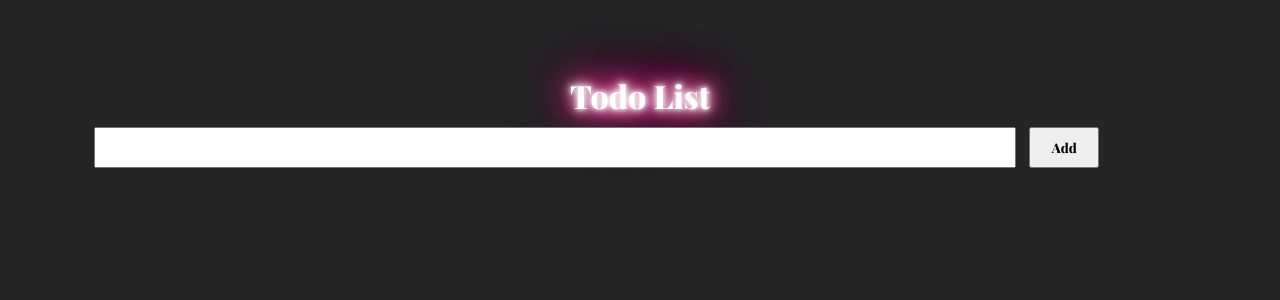
Repository: TENSAEA/----todo
Page: index.html
An editor plug-in stored every save of this project. The page is shown before and after the next save, followed by the edit.
The browser window is 1280 px wide. The pictures show the whole page.
Some web fonts or font styles are not loaded; a fallback is used.

Above is the page before, as saved 2023-10-12 22:10:07.

### index.html
<!DOCTYPE html>
<html lang="en">
  <head>
    <meta charset="UTF-8" />
    <meta name="viewport" content="width=device-width, initial-scale=1.0" />
    <title>TodoList</title>
    <link rel="stylesheet" href="style.css" />
  </head>
  <body>
    <div id="particle">
      <div class="container">
        <h1>Todo List</h1>
        <div class="header">
          <form class="form">
            <input type="text" id="add" />
            <label for="add"><button id="addBtn">Add</button></label>
          </form>
        </div>
        <div class="list-div">
          <!-- <div class="list-hide">
          <ul class="list">
            <li>
              <input class="list-text" type="text" id="edit" readonly />
              <label for="edit">
                <button class="edit">Edit</button
                ><button class="delete">Delete</button>
              </label>
            </li>
          </ul>
        </div> -->
        </div>
      </div>
    </div>
    <script src="particles.js"></script>
    <script src="https://cdn.jsdelivr.net/npm/particles.js@2.0.0/particles.min.js"></script>
    <script src="script.js"></script>
  </body>
</html>

### style.css
@import url('https://fonts.googleapis.com/css2?family=Bungee+Spice&family=Playfair+Display:wght@800&display=swap');

*{
   box-sizing:border-box;
   margin:0;
   padding:0;
   font-family: 'Bungee Spice', sans-serif;
font-family: 'Playfair Display', serif;}
body{
    background-color: #252525;
}

#particle{
    width: 100%;
    height: 100%;
    background-size: cover;

}

.container{
    display: flex;
    flex-direction: column;
    padding: 5%;
}

.container h1{
    padding:10px;
    text-align:center;
    color: #FFFFFF;
text-shadow: #FFF 0px 0px 5px, #FFF 0px 0px 10px, #FFF 0px 0px 15px, #FF2D95 0px 0px 20px, #FF2D95 0px 0px 30px, #FF2D95 0px 0px 40px, #FF2D95 0px 0px 50px, #FF2D95 0px 0px 75px;
color: #FFFFFF;


}

.header{
    padding-bottom: 20px;
}

#add{
    padding: 10px;
    width:80%;
    margin-left:30px;
}
.form label button{
    padding:10px;
    width:70px;
    margin-left:10px;
    cursor: pointer;
}

.list{
    padding-bottom: 20px;
}

.list li{
    list-style-type: none;
}

.list-div .list li .list-text{
    padding: 10px;
    width:60%;
    margin-left:60px;
}
.edit,.delete{
    padding:10px;
    width:70px;
    margin-left:10px;
    cursor: pointer;
}

@media (max-width:636px){
    .form label button{
        padding:10px;
        width:70px;
        margin:3% 40%;
        cursor: pointer;
    }
    .edit,.delete{
        padding:10px;
        width:70px;
        margin:2% 38%;
        cursor: pointer;
    }
    }

### particles.js
window.addEventListener("load", () => {
  var config = {
    particles: {
      number: {
        value: 150,
        density: {
          enable: true,
          value_area: 786,
        },
      },
      color: {
        value: ["#ffffff", "#FF6F91", "#F9F871", "#D65DB1"],
      },
      shape: {
        type: "circle",
        stroke: {
          width: 1,
          color: "#000000",
        },
        polygon: {
          nb_sides: 12,
        },
        image: {
          src: "",
          width: 100,
          height: 100,
        },
      },
      opacity: {
        value: 1,
        random: true,
        anim: {
          enable: true,
          speed: 1,
          opacity_min: 0,
          sync: false,
        },
      },
      size: {
        value: 10,
        random: true,
        anim: {
          enable: true,
          speed: 3,
          size_min: 0.3,
          sync: false,
        },
      },
      line_linked: {
        enable: true,
        distance: 100,
        color: "#ff2",
        opacity: 1,
        width: 10,
      },
      move: {
        enable: true,
        speed: 1.3,
        direction: "top",
        random: true,
        straight: true,
        out_mode: "out",
        bounce: false,
        attract: {
          enable: true,
          rotateX: 2082.2488,
          rotateY: 3363.6328,
        },
      },
    },
    interactivity: {
      detect_on: "canvas",
      events: {
        onhover: {
          enable: true,
          mode: "grab",
        },
        onclick: {
          enable: true,
          mode: "repulse",
        },
        resize: true,
      },
      modes: {
        grab: {
          distance: 70,
          line_linked: {
            opacity: 0.5,
          },
        },
        bubble: {
          distance: 100,
          size: 5,
          duration: 8.598243,
          opacity: 0,
          speed: 3,
        },
        repulse: {
          distance: 150,
          duration: 0.8,
        },
        push: {
          particles_nb: 4,
        },
        remove: {
          particles_nb: 2,
        },
      },
    },
    retina_detect: true,
  };

  window.onload = function () {
    let clause = window.innerWidth < 768;
    config.particles.number.value = clause ? 80 : 150;
    particlesJS("particle", config);
  };
});

### script.js
window.addEventListener("load", () => {
  let addInput = document.getElementById("add");
  let addBtn = document.getElementById("addBtn");

  addBtn.addEventListener("click", (e) => {
    e.preventDefault();
    console.log("clicked");
    let list = document.querySelector(".list-div");
    let ul = document.createElement("ul");
    ul.classList.add("list");
    let li = document.createElement("li");
    ul.appendChild(li);
    let input = document.createElement("input");
    input.classList.add("list-text");
    input.type = "text";
    input.id = "edit";
    input.setAttribute("readonly", "readonly");
    input.value = addInput.value;
    li.appendChild(input);

    let label = document.createElement("label");
    label.setAttribute("for", "edit");
    li.appendChild(label);
    let buttonOne = document.createElement("button");
    buttonOne.classList.add("edit");
    buttonOne.textContent = "Edit";
    label.appendChild(buttonOne);
    let buttonTwo = document.createElement("button");
    buttonTwo.classList.add("delete");
    buttonTwo.textContent = "Delete";
    label.appendChild(buttonTwo);

    let listHide = document.createElement("div");
    listHide.classList.add("list-hide");

    listHide.appendChild(ul);
    list.appendChild(listHide);

    buttonOne.addEventListener("click", () => {
      if (buttonOne.textContent.toLowerCase() == "edit") {
        input.removeAttribute("readonly");
        buttonOne.textContent = "Save";
        input.focus();
      } else {
        input.setAttribute("readonly", "readonly");
        buttonOne.textContent = "Edit";
      }
    });

    buttonTwo.addEventListener("click", () => {
      list.removeChild(listHide);
    });
  });
});

After the next save:
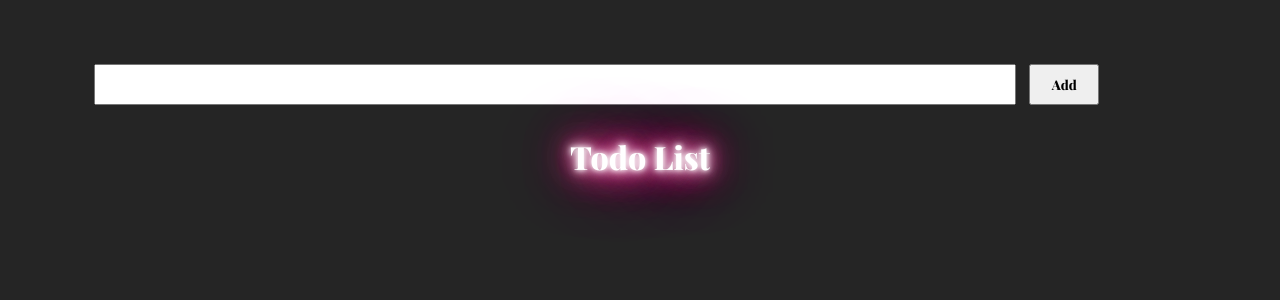
Saved 67 s later.
--- a/style.css
+++ b/style.css
@@ -14,6 +14,12 @@
     width: 100%;
     height: 100%;
     background-size: cover;
+    .container{
+    display: flex;
+    flex-direction: column-reverse;
+    padding: 5%;
+}
+
 
 }
 

After the save that followed:
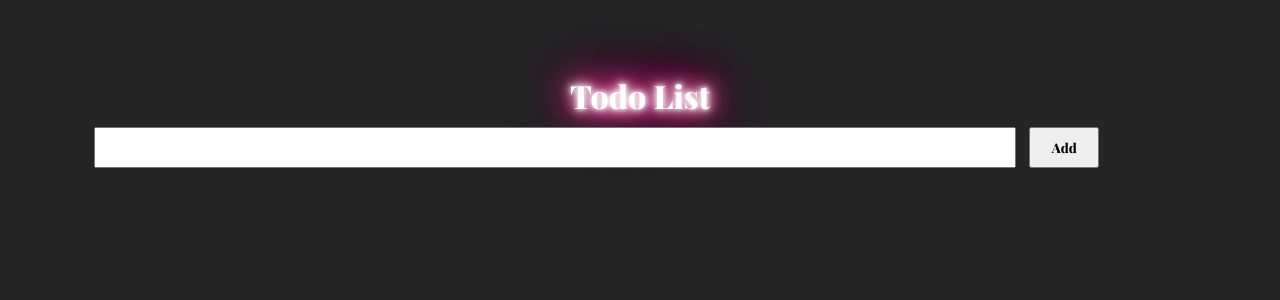
Saved 47 s later.
--- a/style.css
+++ b/style.css
@@ -14,12 +14,6 @@
     width: 100%;
     height: 100%;
     background-size: cover;
-    .container{
-    display: flex;
-    flex-direction: column-reverse;
-    padding: 5%;
-}
-
 
 }
 
